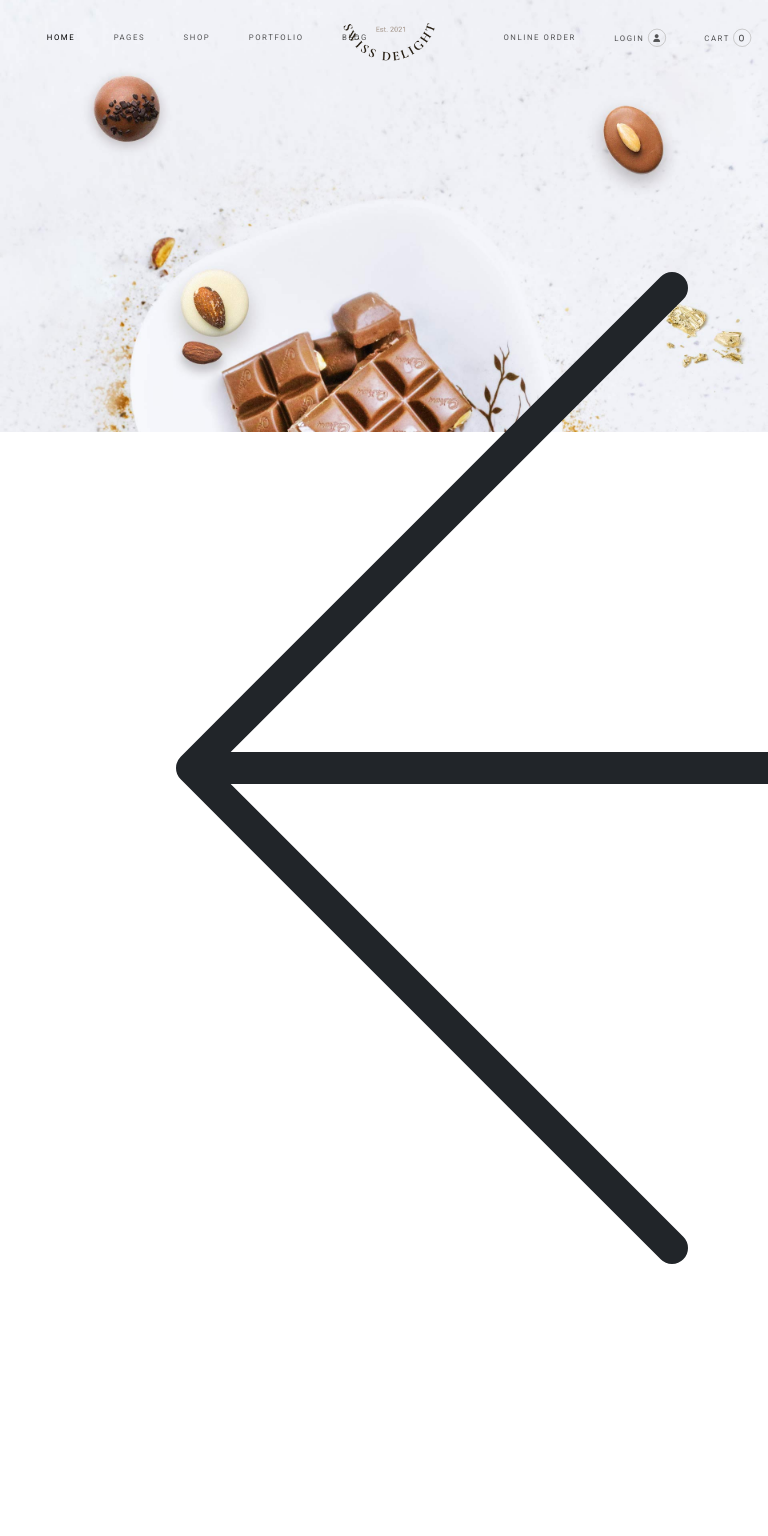
Repository: HadelAbdellatif/Project1
Page: index.html
An editor plug-in stored every save of this project. The page is shown before and after the next save, followed by the edit.
The browser window is 1280 px wide. The pictures show the whole page, at 60% of full size.

Above is the page before, as saved 2023-10-15 21:29:35.
Console error: TypeError: Cannot read properties of null (reading 'addEventListener')

### index.html
<!doctype html>
<html lang="en">

<head>
  <meta charset="utf-8">
  <meta name="viewport" content="width=device-width, initial-scale=1">
  <title>Bootstrap demo</title>

  <!-- Bootsrap 5.3 -->
  <link href="assets/css/bootstrap.min.css" rel="stylesheet">


  <!-- fontawesome 6.4 -->
  <link href="assets/css/all.min.css" rel="stylesheet">

  <!-- Custom css -->
  <link href="assets/css/style.css" rel="stylesheet">

  <!-- Media -->
  <link href="assets/css/media.css" rel="stylesheet">


</head>

<body>

  <!-- Start Navbar -->

  <nav class="navbar navbar-expand-lg bg-transparent fixed-top">
    <div class="container pt-0 mt-0">
      <div class="collapse navbar-collapse" id="navbarSupportedContent">

        <div class="row d-flex">
          <div class="col-md-5 d-flex ps-0">
            <ul class="navbar-nav ms-auto mb-2 mb-lg-0 gap-5 pt-3 justify-content-center align-items-center me-5">
              <li class="nav-item">
                <a class="nav-link active" aria-current="page" href="#home">HOME</a>
              </li>
              <li class="nav-item">
                <a class="nav-link" href="#pages">PAGES</a>
              </li>
              <li class="nav-item">
                <a class="nav-link" href="#shop">SHOP</a>
              </li>
              <li class="nav-item">
                <a class="nav-link" href="#portfolio">PORTFOLIO</a>
              </li>
              <li class="nav-item">
                <a class="nav-link me-5" href="#blog">BLOG</a>
              </li>
            </ul>
          </div>

          <div class="col-md-2">
            <a class="nav-item">
              <img src="assets/img/logo-swiss-1.png" width="152px" height="90" class="ms-3 img-fluid" alt="Logo" />
            </a>
          </div>

          <div class="col-md-5 d-flex ps-0">
            <ul class="navbar-nav me-auto mb-2 mb-lg-0 gap-5 pt-3 justify-content-center align-items-center ms-5 ps-5 ">
              <li class="nav-item">
                <a class="nav-link text-nowrap" href="#onlineOrder">ONLINE ORDER</a>
              </li>
              <li class="nav-item">
                <a class="nav-link text-nowrap" href="#login">
                  <span>LOGIN</span>
                  <i class="fa-solid fa-user rounded-circle p-2 text-center"></i>
                </a>
              </li>
              <li class="nav-item">
                <a class="nav-link text-nowrap" href="#cart">
                  <span>CART</span>
                  <i class="fa-solid fa-0 rounded-circle p-2 text-center"></i>
                </a>
              </li>
              <li class="nav-item">
                <a class="nav-link" href="#more"><svg class="qodef-side-area--svg-open" xmlns="http://www.w3.org/2000/svg" xmlns:xlink="http://www.w3.org/1999/xlink" x="0px" y="0px" width="34px" height="9px" viewBox="0 0 34 9" enable-background="new 0 0 34 9" xml:space="preserve">
                  <line fill="none" stroke="#000000" stroke-miterlimit="10" x1="0" y1="8.295" x2="34" y2="8.295"></line>
                  <line fill="none" stroke="#000000" stroke-miterlimit="10" x1="0" y1="0.705" x2="34" y2="0.705"></line>
                  </svg></a>
              </li>
            </ul>
          </div>

        </div>

      </div>
    </div>
  </nav>

  <!-- End of Navbar -->

  <!-- Start header section -->

  <header class="vh-100">
    <svg xmlns="http://www.w3.org/2000/svg" fill="none" viewBox="0 0 12 24" stroke-width="0.5" stroke="currentColor" class="w-6 h-6">
      <path stroke-linecap="round" stroke-linejoin="round" d="M10.5 19.5L3 12m0 0l7.5-7.5M3 12h18" />
    </svg>
  </header>

  <!-- End header section -->




  <!-- Bootstrap 5.3 -->
  <script src="assets/js/bootstrap.bundle.min.js"></script>

  <!-- Java Script -->
  <script src="assets/JavaScript/JavaScript.js"></script>
</body>

</html>

### assets/css/style.css
/* font-family: 'Heebo', sans-serif; */
@import url('https://fonts.googleapis.com/css2?family=Heebo&display=swap');

/* font-family: 'Cormorant', serif; */
@import url('https://fonts.googleapis.com/css2?family=Cormorant:ital,wght@0,300;1,300&family=Heebo&display=swap');

/* main color */
:root{
    --main-color: #241c10;
}

.bg-main-color{
    background-color: #988779;
}

.text-main-color{
    color: var(--main-color);
}

.border-main-color{
    border-color: var(--main-color)  !important;
}

/* Start Navbar */

.navbar{
    font-family: 'Heebo', sans-serif;
    font-weight: 400;
    font-size: 13px;
    line-height: 22px;
    color: var(--main-color);
}

.navbar .nav-link{
    letter-spacing:0.2em;
}

.navbar i{
    font-size: 13px;
    border: 1px solid rgba(36,28,16,.3);
    transition: 0.5s ease-in-out;
    width: 30px;
    height: 30px;
}

.navbar .nav-link:hover i{
    border-color: var(--main-color);
}


/* End Navbar */

/* Start header */

header{
    background-image: url('../img/h1-rev-img1-2.jpg');
    background-size: cover;
    background-repeat: no-repeat;
    background-position: center;
}

/* End header */

### assets/css/media.css
@media (max-width:991px){

    .nav-item{
        width: fit-content;
    }

}

@media (max-width:768px){

    .about .count{
        border: none !important;
    }

    .cv .download{
        text-align: center !important;
        margin-bottom: 2rem !important;
    }

    .cv .brands{
        justify-content: center !important;
    }
}


@media (max-width:568px){

    header{
        background-position-x:-235px;
    }

    .header-content{
        align-items: start !important;
    }

    h1{
        font-size: 45px;
    }

    .contact p, .contact form{
        width: 100% !important;
    }

}

### assets/JavaScript/JavaScript.js
// *************  Start Loading ************* //

const loading = document.querySelector('.loading');

window.addEventListener('load', function(){
     this.setTimeout(function(){
        loading.classList.add('opacity-0', 'invisible');
        document.body.style.overflow = 'auto';
     }, 2000)
})

// *************  End of Loading ************* //

// *************  Start scroll-to-top ************* //

const ScrollToTop = document.querySelector('.scroll-to-top');
const aboutSection = document.querySelector('.about');

ScrollToTop.addEventListener('click', function(){
    window.scroll({
        top:0,
        behavior:"smooth"
    })
})

// *************  End scroll-to-top ************* //

// *************  Start Navbar ************* //

const navbar = document.querySelector('.navbar');
const headerContenth = document.querySelector('.header-content h3');

navbar.style.transition = '0.4s background-color';

window.addEventListener('scroll', function(){
    if(window.scrollY > headerContenth.offsetTop){
         navbar.style.backgroundColor = "#fff";
    }
    else{
        navbar.style.backgroundColor = "transparent";
    }
    if(window.scrollY > aboutSection.offsetTop){
        ScrollToTop.classList.remove('opacity-0', 'invisible');
    }
    else{
        ScrollToTop.classList.add('opacity-0', 'invisible');
    }
})

// *************  End of Navbar ************* //

// *************  Start Links ************* //

const NavLinks = document.querySelectorAll('.nav-link');

for(let i=0 ; i<NavLinks.length ; i++){
    NavLinks[i].addEventListener('click', function(e){
        e.preventDefault();

        document.querySelector('.nav-link.active').classList.remove('active');

       // for(let j=0 ; j<NavLinks.length ; j++){
        //    NavLinks[j].classList.remove('active');
       // }

        NavLinks[i].classList.add('active');
        let currentID = this.getAttribute('href');
        let targerSection = document.querySelector(currentID);
        window.scroll({
            top:targerSection.offsetTop,
            behavior:"smooth"
        })
    })
}

// *************  End of Links ************* //

Loaded but not shown: assets/css/bootstrap.min.css (library); assets/css/all.min.css (library); assets/js/bootstrap.bundle.min.js (library)

After the next save:
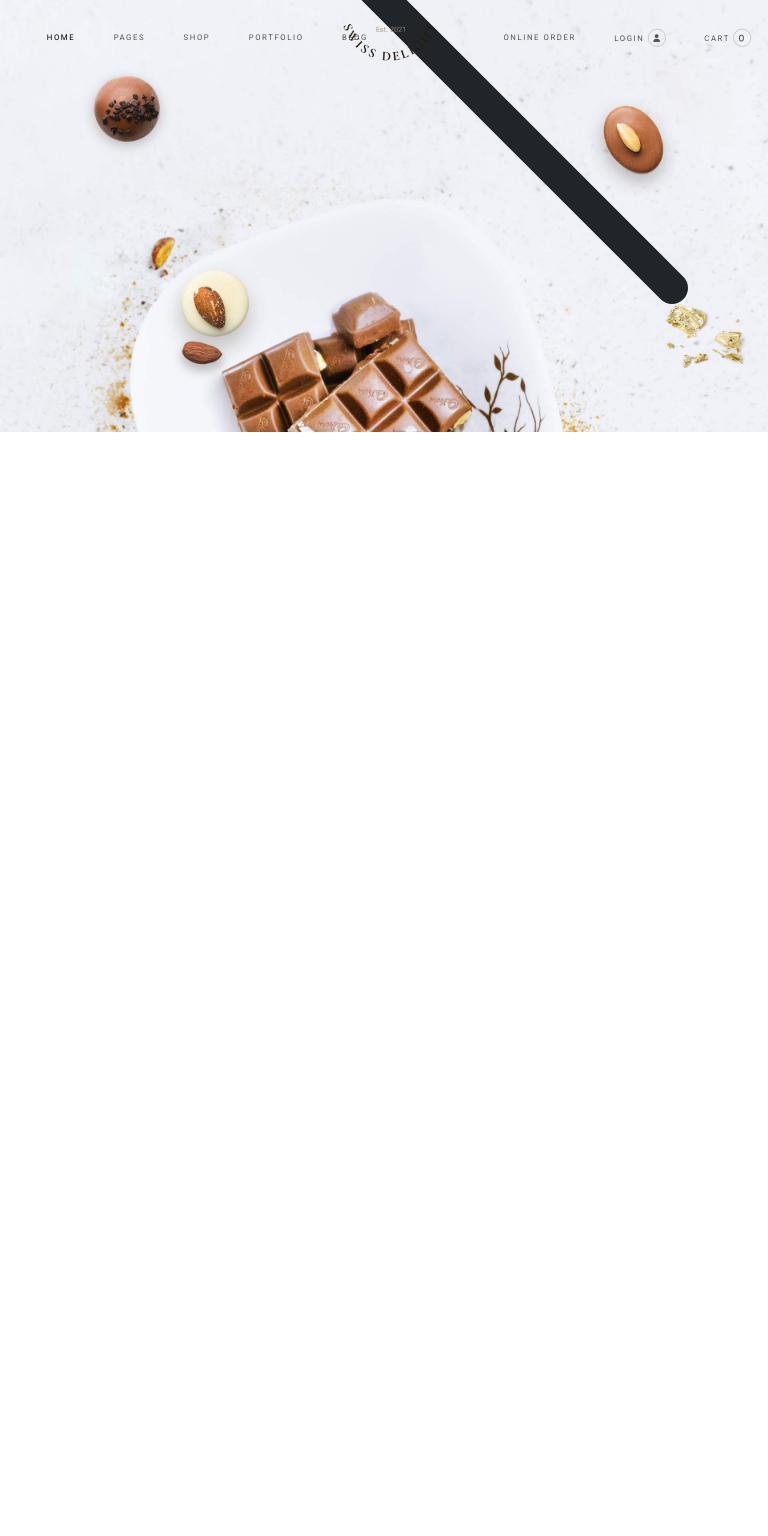
Saved 9 s later.
--- a/index.html
+++ b/index.html
@@ -94,7 +94,7 @@
   <!-- Start header section -->
 
   <header class="vh-100">
-    <svg xmlns="http://www.w3.org/2000/svg" fill="none" viewBox="0 0 12 24" stroke-width="0.5" stroke="currentColor" class="w-6 h-6">
+    <svg xmlns="http://www.w3.org/2000/svg" fill="none" viewBox="0 15 12 24" stroke-width="0.5" stroke="currentColor" class="w-6 h-6">
       <path stroke-linecap="round" stroke-linejoin="round" d="M10.5 19.5L3 12m0 0l7.5-7.5M3 12h18" />
     </svg>
   </header>
